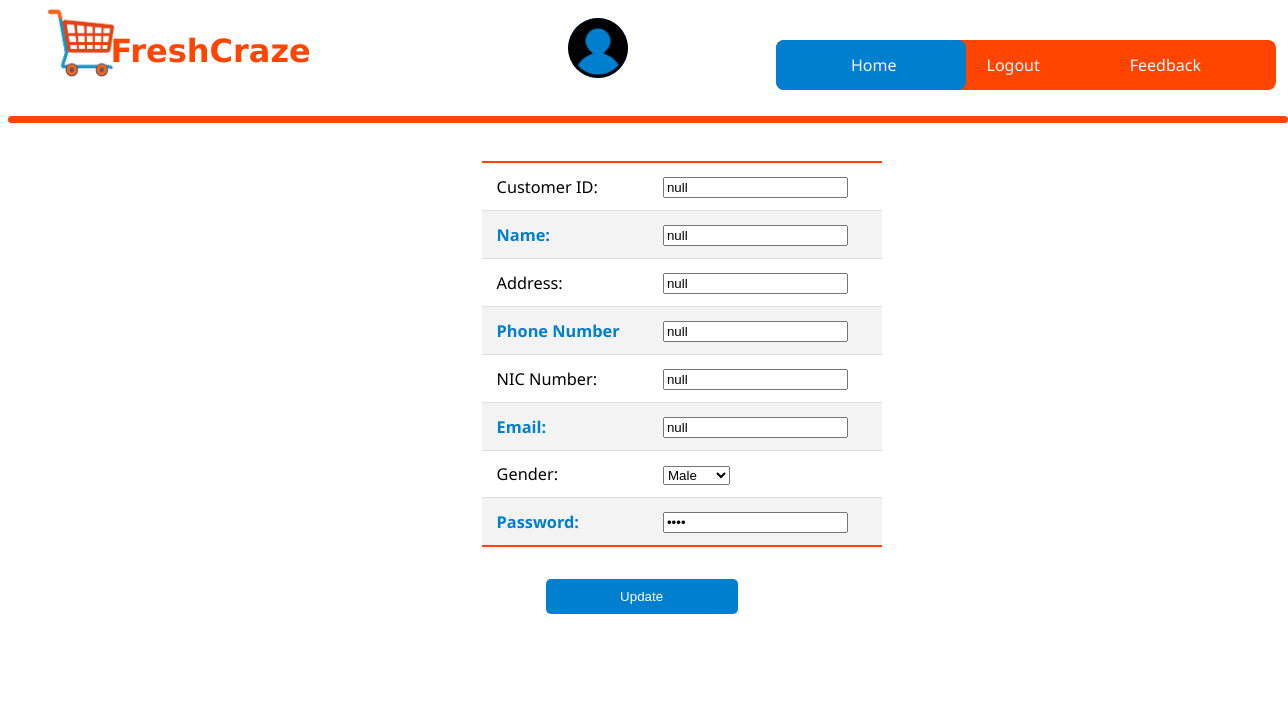
Repository: chamarac2002/FreshCraze
Page: http://localhost/CustomerDemo/updatecustomer.jsp
The author's editor kept a copy of each file at every save. The page is drawn from the files as they stood at one save, then again after the next save.
The browser window is 1280 px wide. The page is 1288 px wide, so the pictures cover 1288 px, including what lies to the right of the window. The pictures show the whole page.
The page is served by Tomcat 9. Nobody is signed in. The application's start-up code is not run. Other server files are loaded and not shown.

Above is the page before, as saved 2024-05-11 07:23:38.

### CustomerDemo/src/main/webapp/updatecustomer.jsp
<%@ page language="java" contentType="text/html; charset=ISO-8859-1"
    pageEncoding="ISO-8859-1"%>
<!DOCTYPE html>

<html lang="en">
<head>
    <meta charset="UTF-8">
    <meta name="viewport" content="width=device-width, initial-scale=1.0">
    <title>Home Page</title>

    <link rel="stylesheet" href="Styles/updateStyle.css">
</head>

<body>

<img src="images\logo.png" class="logo" >

<a href="profile.jsp">
<img src="images\user.png" class="user">
</a>

    <h1 class="logo_topic">FreshCraze</h1>

    <nav class="navbar">
        <a href="HomePageAL.jsp">Home</a>
        <a href="HomePage.jsp">Logout</a>
        <a href="link">Feedback</a>
        <span></span>
    </nav>

<hr class="topic_line">











	<%
		String id = request.getParameter("id");
		String name = request.getParameter("name");
		String address = request.getParameter("address");
		String phone = request.getParameter("phone");
		String nic = request.getParameter("nic");
		String email = request.getParameter("email");
		String gender = request.getParameter("gender");
		String password = request.getParameter("pass");
	%>

<form action="update" method="post">
	<table class = "table">

   		<tbody>
        <tr>
			<td>Customer ID:</td>
			<td><input type="text" name="id" value="<%= id %>" readonly></td>
		</tr>
		<tr class="active-row">
			<td>Name:</td>
			<td><input type="text" name="name" value="<%= name %>"></td>
		</tr>
		<tr>
			<td>Address:</td>
			<td><input type="text" name="address" value="<%= address %>"></td>
		</tr>
		<tr class="active-row">
			<td>Phone Number</td>
			<td><input type="tel" name="phone" value="<%= phone %>"></td>
		</tr>
		<tr>
			<td>NIC Number:</td>
			<td><input type="text" name="nic" value="<%= nic %>"></td>
		</tr>
		<tr class="active-row">
			<td>Email:</td>
			<td><input type="email" name="email" value="<%= email %>"></td>
		</tr>
		<tr>
			<td>Gender:</td>
			<td><select name = "gender" >
					<option value = "Male">Male</option>
					<option value = "Female">Female</option>
					<option value = "Other">Other</option>
				</select></td>
		</tr>
		<tr class="active-row">
			<td>Password:</td>
			<td><input type="password" name="pass" value="<%= password %>"></td>
		</tr>
    </tbody>
	</table>
	<input type="submit" name="submit" class="sub" value="Update">
</form>



</body>
</html>

### CustomerDemo/src/main/webapp/Styles/updateStyle.css
body{
    background-color: #ffffff;
    background-repeat: no-repeat;
    background-attachment: fixed;
    background-position: center;
    width: 100%;
}

.logo{
    width: 70px;
    height: 70px;
    margin-left: 3%;
}

.user{
    width: 60px;
    height: 60px;
    margin-left: 35%;
    background-color: rgb(0, 127, 206);
    border-radius: 30px;
}

.logo_topic{
    font-family: verdana;
    margin-left: 8%;
    margin-top: -3.9%;
    color: orangered;
}

.navbar{
    margin-left:60%;
    margin-top:-4%;
    padding: 0;
    box-sizing: border-box;
    font-family: 'Segoe UI';
    display: flex;
    justify-content:center;
    align-items: center;
    min-height: 5vh;

    position:relative;
    background-color: orangered;
    border-radius: 8px;
    width: 500px;
    height: 50px;
    display: flex;
}

nav a{
    position: relative;
    display: inline-block;
    font-size: 1em;
    font-weight: 500;
    color: aliceblue;
    text-decoration: none;
    padding: 45px;
    z-index: 1;
}

nav span{
    position: absolute;
    top: 0;
    left: 0;
    width: 190px;
    height: 100%;
    background-color:rgb(0, 127, 206);
    border-radius: 8px;
    transition: .3s;
}

nav a:nth-child(1):hover~span{
    left: 0;
    width: 180px;
}

nav a:nth-child(2):hover~span{
    left: 180px;
    width: 130px;
}

nav a:nth-child(3):hover~span{
    left:320px;
    width: 180px;
}

.topic_line{
    border: none;
    margin-top: 2%;
    border-top: 7px solid orangered;
    border-radius: 10px;
}

.help_button{
    box-shadow:0 0 15px rgb(0, 127, 206),0 0 25px rgb(0, 127, 206);
    border: none;
    width: 160px;
    margin-left: 44%;
    font-family: 'Segoe UI';
    padding: 10px 12px;
    color: #ffffff;
    background-color:rgb(0, 127, 206);
    border-radius: 20px;
}

.help_button:hover{
    box-shadow: 0 0 25px rgb(0, 127, 206);
}

.fb_icon{
    margin-left: 560px;
    margin-top: 20px;
}

.insta_icon{
    margin-left: 660px;
    margin-top: -51px;
}

.yt_icon{
    margin-left: 760px;
    margin-top: -51px;
}

.twitt_icon{
    margin-left: 860px;
    margin-top: -51px;
}

.footer{
    height: 200px;
    background-color: orangered;
    padding-top: 40px;
    padding-left: 25px;
    border-radius: 10px;
}

.footer_line{
    border: none;
    margin-top: 3%;
    border-top: 7px solid orangered;
    border-radius: 10px;
}

.contacts{
    font-size: 8px;
    color:rgb(255, 255, 255);
    font-family: 'Segoe UI';
    margin-left: 40%;
    margin-top: -5%;
}

.link{
    font-size: 20px ;
    margin-top: -6%;
    margin-left: 7.5%;
}

.details{
    font-family: verdana;
    margin-left: 8%;
    margin-top: -3.9%;
    color: orangered;
}

.table {
    border-collapse: collapse;
    margin: 25px 0;
    font-size: 1.02em;
    font-family: 'Segoe UI';
    min-width: 400px;
    margin-left: 37%;
    margin-top: 3%;
}

.head {
	margin-top: 4%;
    text-align: center;
 	margin-bottom: 50px;
 	font-family: 'Segoe UI';
 	font-size: 1.8em;
}

.table th,
.table td {
    padding: 12px 15px;
}

.table tbody tr {
    border-bottom: 1px solid #dddddd;
}

.table tbody tr:nth-of-type(even) {
    background-color: #f3f3f3;
}

.table tbody tr:last-of-type {
    border-bottom: 2px solid orangered;
}

.table tbody tr:first-of-type {
    border-top: 2px solid orangered;
}

.table tbody tr.active-row {
    font-weight: bold;
    color: rgb(0, 127, 206);
}

.sub {
  	margin-left: 42%;
    margin-top: 0.5%;
    text-align: center;
    color : #ffffff;
  	width: 15%;
	padding: 10px;
 	background-color: rgb(0, 127, 206);
 	border: none;
 	border-radius: 5px;
 	cursor: pointer;
}

After the next save:
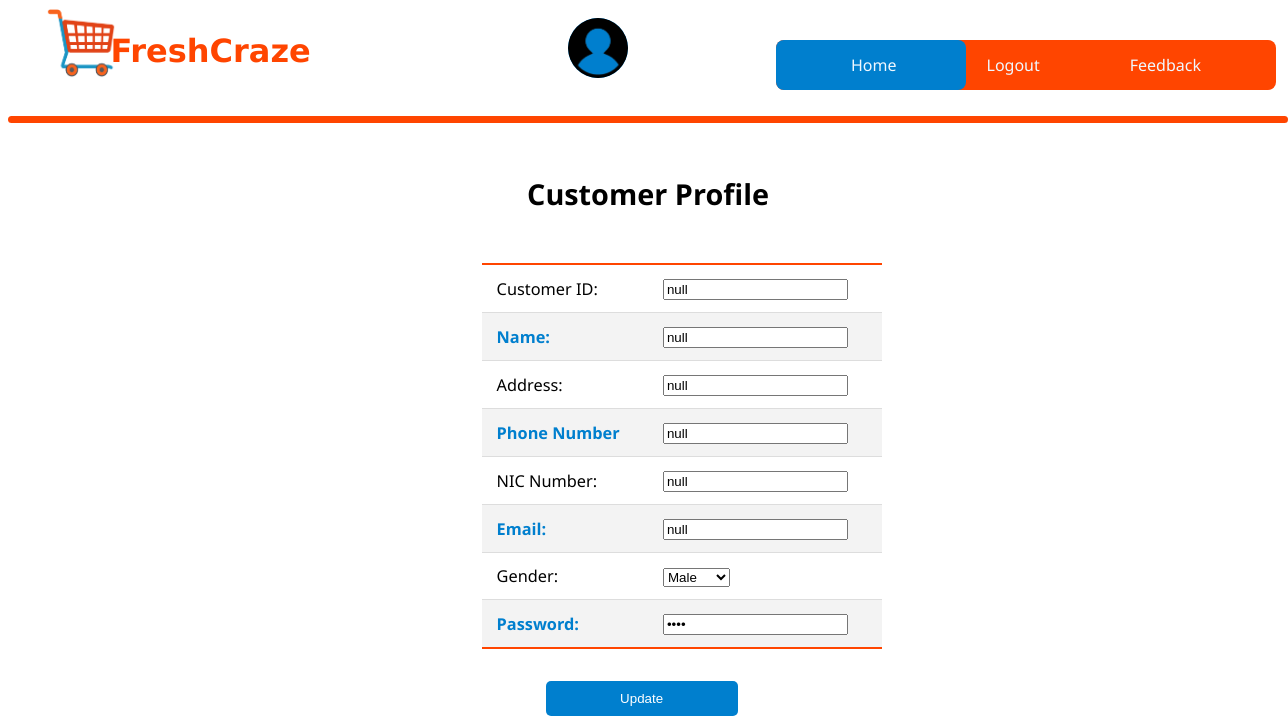
Saved 74 s later.
--- a/CustomerDemo/src/main/webapp/updatecustomer.jsp
+++ b/CustomerDemo/src/main/webapp/updatecustomer.jsp
@@ -51,6 +51,8 @@
 		String password = request.getParameter("pass");
 	%>
 
+<h1 class = "head">Customer Profile</h1>
+
 <form action="update" method="post">
 	<table class = "table">
 
